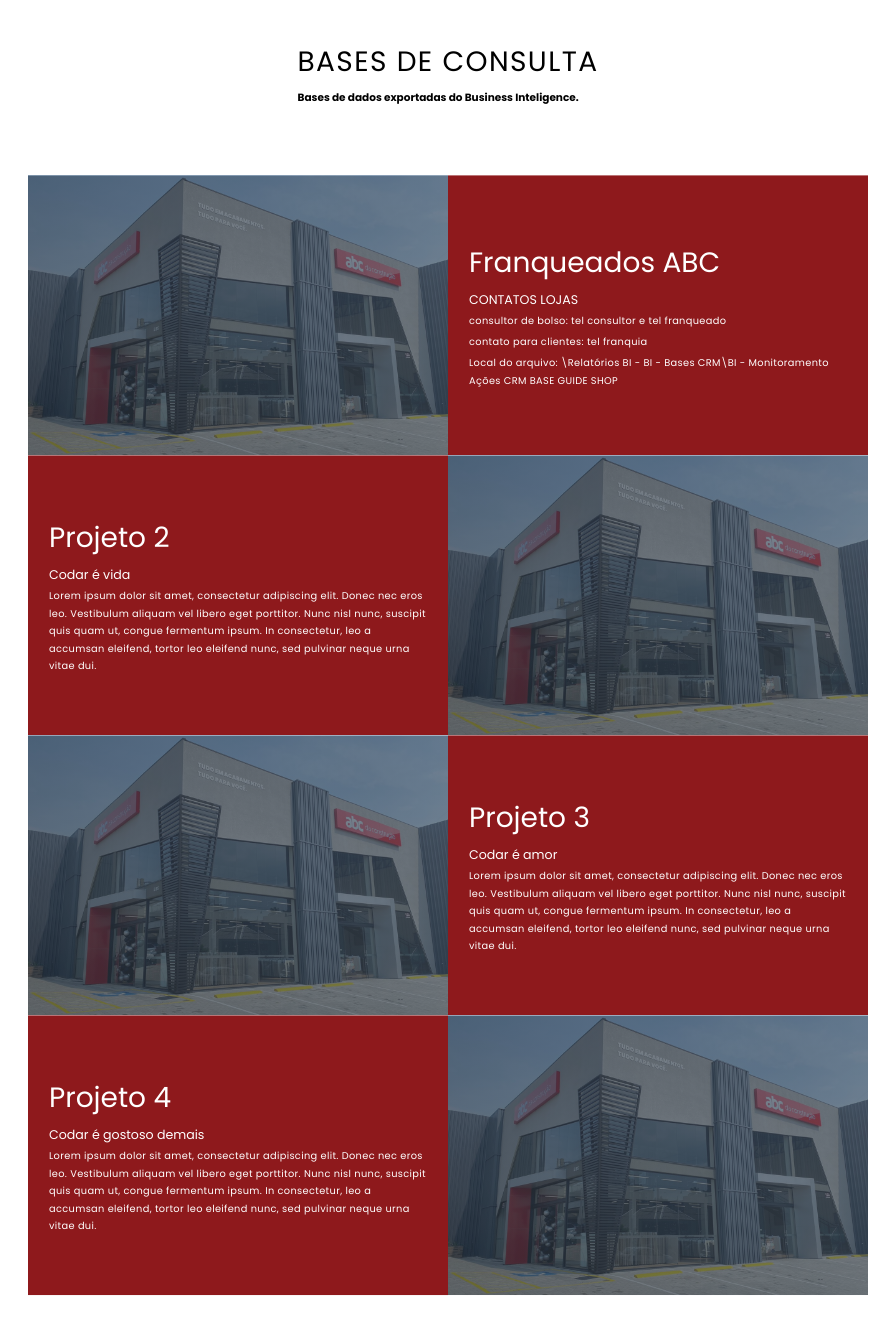
Repository: douglasabnovato/apresentacao
Page: index.html
An editor plug-in stored every save of this project. The page is shown before and after a run of saves, followed by the edit.
The browser window is 1280 px wide. The pictures show the part of the page from y = 1966 to 3886 px (the page is 13502 px tall), at 70% of full size.

Above is the page before, as saved 2025-01-14 17:01:23.

After the next 2 saves:
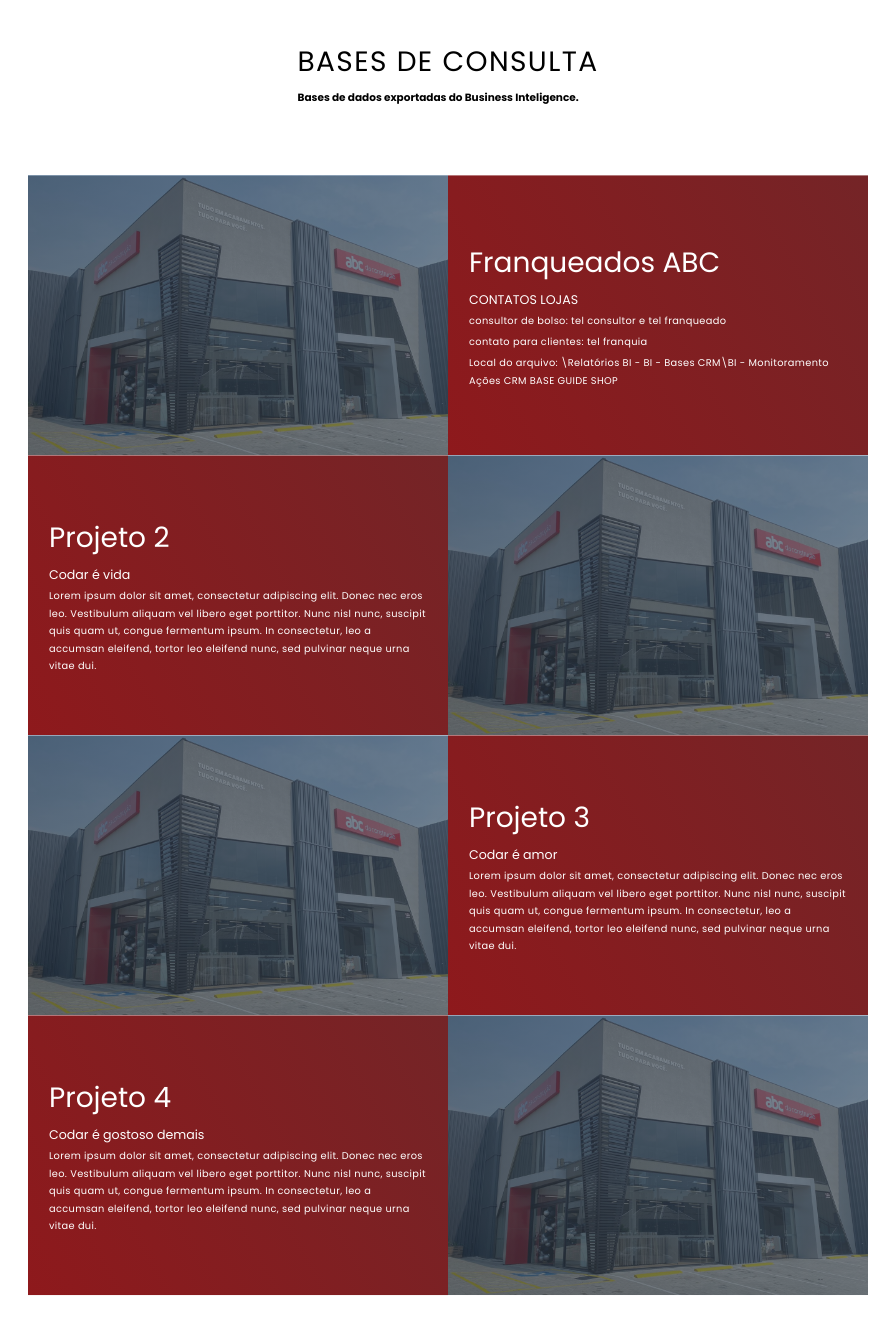
The 2 saves are shown as one change because they came seconds apart.
The last was saved 8 s later.
--- a/style.css
+++ b/style.css
@@ -278,7 +278,7 @@ p {
   align-items: flex-start;
   justify-content: center;
   flex-direction: column;
-  background-image: linear-gradient(60deg, #8E191C 0%, #8E191C 100%);
+  background-image: linear-gradient(60deg, #8E191C 0%, #610609e0 100%);
   color: white;
 }
 
